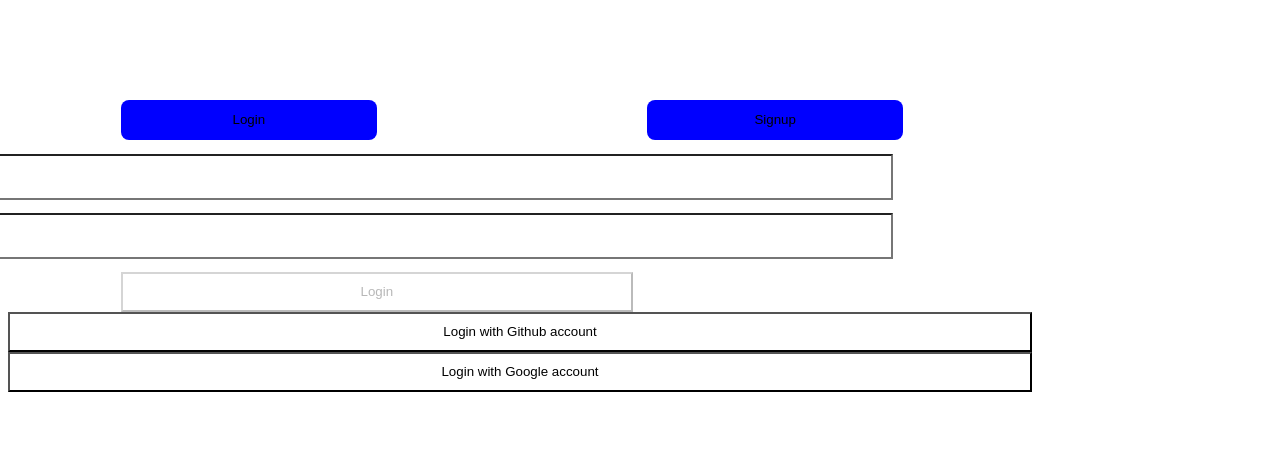
Repository: ValGrace/static-site-generator
Page: /home (app in client-frontend/)
An editor plug-in stored every save of this project. The page is shown before and after the next save, followed by the edit.
The browser window is 1280 px wide. The pictures show the whole page.
The project was rebuilt for these pictures with package versions that can differ from the ones it lists, and the page was loaded fresh each time. Also part of the build but not shown: client-frontend/vite.config.js, client-frontend/src/Components/Signup.jsx, client-frontend/src/App.css.

Above is the page before, as saved 2023-02-04 13:01:46.

### client-frontend/index.html
<!DOCTYPE html>
<html lang="en">
  <head>
    <meta charset="UTF-8" />
    <link rel="icon" type="image/svg+xml" href="/vite.svg" />
    <meta name="viewport" content="width=device-width, initial-scale=1.0" />
    <title>Static Site Generator</title>
  </head>
  <body>
    <div id="root"></div>
    <script type="module" src="/src/main.jsx"></script>
  </body>
</html>

### client-frontend/src/App.jsx
import Dashboard from './Pages/Dashboard'
import './App.css'

function App() {


  return (
    <div className="App">
      <Dashboard />
    </div>
  )
}

export default App

### client-frontend/src/index.css
:root {
  font-family: Inter, system-ui, Avenir, Helvetica, Arial, sans-serif;
  line-height: 1.5;
  font-weight: 400;

  color-scheme: light dark;
  color: rgba(255, 255, 255, 0.87);
  background-color: #ffffff;

  font-synthesis: none;
  text-rendering: optimizeLegibility;
  -webkit-font-smoothing: antialiased;
  -moz-osx-font-smoothing: grayscale;
  -webkit-text-size-adjust: 100%;
}

### client-frontend/src/Pages/Dashboard.jsx
import { useReducer} from 'react'
import Login from '../Components/Login'
import Signup from '../Components/Signup'

const initialState = {page : <Login />}
function reducer(state, action) {
    switch(action.type) {
        case 'loginpage':
          return { page: <Login />}
        case 'signuppage':
            return { page: <Signup />}
        default:
            return { page: <h2>Loading....</h2>}
    }
}
const Dashboard = () => {
    const [state, dispatch] = useReducer(reducer, initialState)
    return (
        <>
         <h2>Static Site Generator</h2>
         <div>Static site Image</div>
         <div>
            <div className='toggleForms'>
                <button onClick={() => dispatch({type: 'loginpage'})} className="type-btn">Login</button>
                <button onClick={() => dispatch({type: 'signuppage'})
                } className="type-btn">Signup</button>
            <div>{state.page}</div>
            </div>
            <button id="auth-btns">Login with Github account</button>
            <button id="auth-btns">Login with Google account</button>
         </div>
       </>
    )
}

export default Dashboard

### client-frontend/src/Components/Login.jsx
import { useRef, useState } from 'react'
import "./Inputs.css"
const Login = () => {
    const emailRef = useRef()
    const passwordRef = useRef()
    const [loading, setLoading] = useState(true)
    const LoginSession = () => {

    }
    return (
    <form onSubmit={LoginSession} className="signupForm">
        <input type='email' placeholder='email address' ref={emailRef} />
        <input type='password' placeholder='password' ref={passwordRef} />
        <button disabled={loading} type='submit' id='sign'>Login</button>
    </form>
    )
}

export default Login

### client-frontend/src/Components/Inputs.css
.signupForm {
   display: flex;
   flex-direction: column;
   justify-content: center;
   align-items: center;
   gap: 0.8em;
}
input, button {
    width: 80vw;
    height: 3em;
    background-color: transparent;
}

#sign {
   width: 40vw;
}

.toggleForms {
    display: grid;
    grid-template-columns: 40vw 40vw;
    gap: 0.9em;
    justify-content: center;
    align-items: center;
}

.type-btn {
    background-color: blue;
    border: none;
    width: 20vw;
    border-radius: 8px;
}

Loaded but not shown: client-frontend/src/main.jsx (common file)

After the next save:
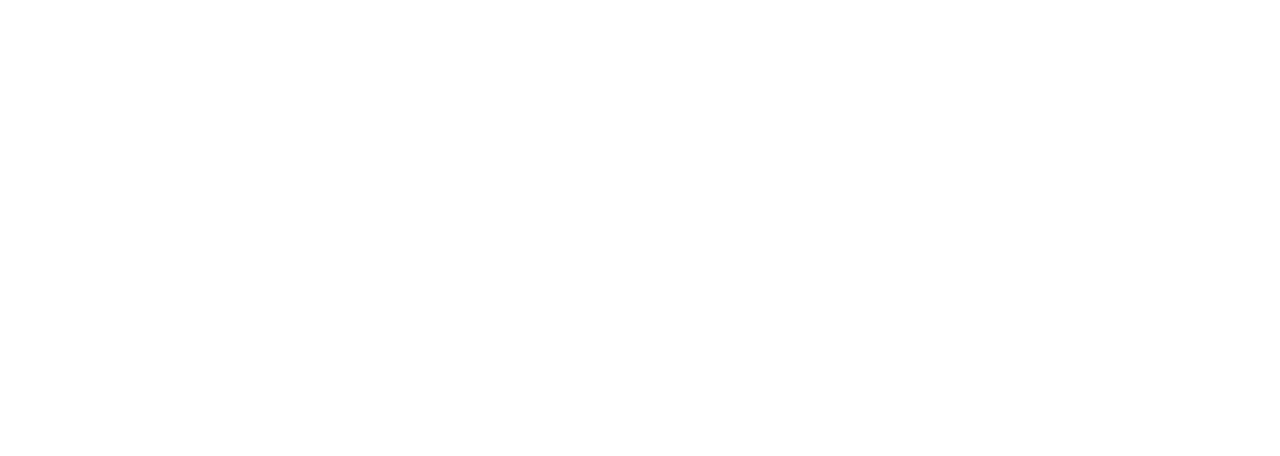
Console error: ReferenceError: React is not defined
Saved 86 s later.
--- a/client-frontend/src/Pages/Dashboard.jsx
+++ b/client-frontend/src/Pages/Dashboard.jsx
@@ -24,7 +24,7 @@
                 <button onClick={() => dispatch({type: 'loginpage'})} className="type-btn">Login</button>
                 <button onClick={() => dispatch({type: 'signuppage'})
                 } className="type-btn">Signup</button>
-            <div>{state.page}</div>
+            <React.Fragment>{state.page}</React.Fragment>
             </div>
             <button id="auth-btns">Login with Github account</button>
             <button id="auth-btns">Login with Google account</button>

After the 3 saves that followed:
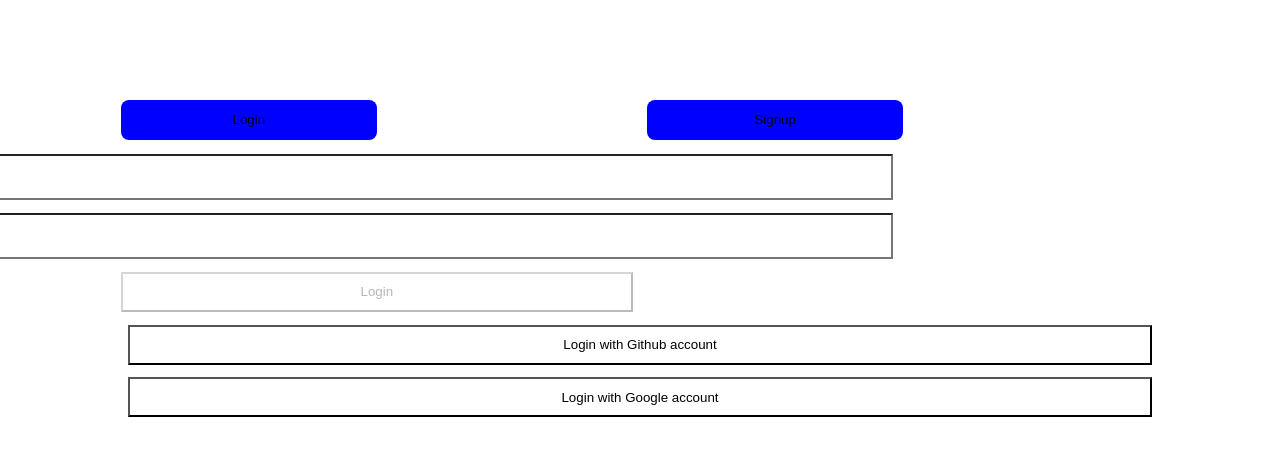
The error is gone.
The 3 saves are shown as one change because 2 left the picture as it was.
The last was saved 69 s later.
--- a/client-frontend/src/Pages/Dashboard.jsx
+++ b/client-frontend/src/Pages/Dashboard.jsx
@@ -1,4 +1,4 @@
-import { useReducer} from 'react'
+import React, { useReducer} from 'react'
 import Login from '../Components/Login'
 import Signup from '../Components/Signup'
 
@@ -19,7 +19,7 @@
         <>
          <h2>Static Site Generator</h2>
          <div>Static site Image</div>
-         <div>
+         <div className='dash'>
             <div className='toggleForms'>
                 <button onClick={() => dispatch({type: 'loginpage'})} className="type-btn">Login</button>
                 <button onClick={() => dispatch({type: 'signuppage'})
--- a/client-frontend/src/Components/Inputs.css
+++ b/client-frontend/src/Components/Inputs.css
@@ -1,4 +1,4 @@
-.signupForm {
+.signupForm, .dash {
    display: flex;
    flex-direction: column;
    justify-content: center;
